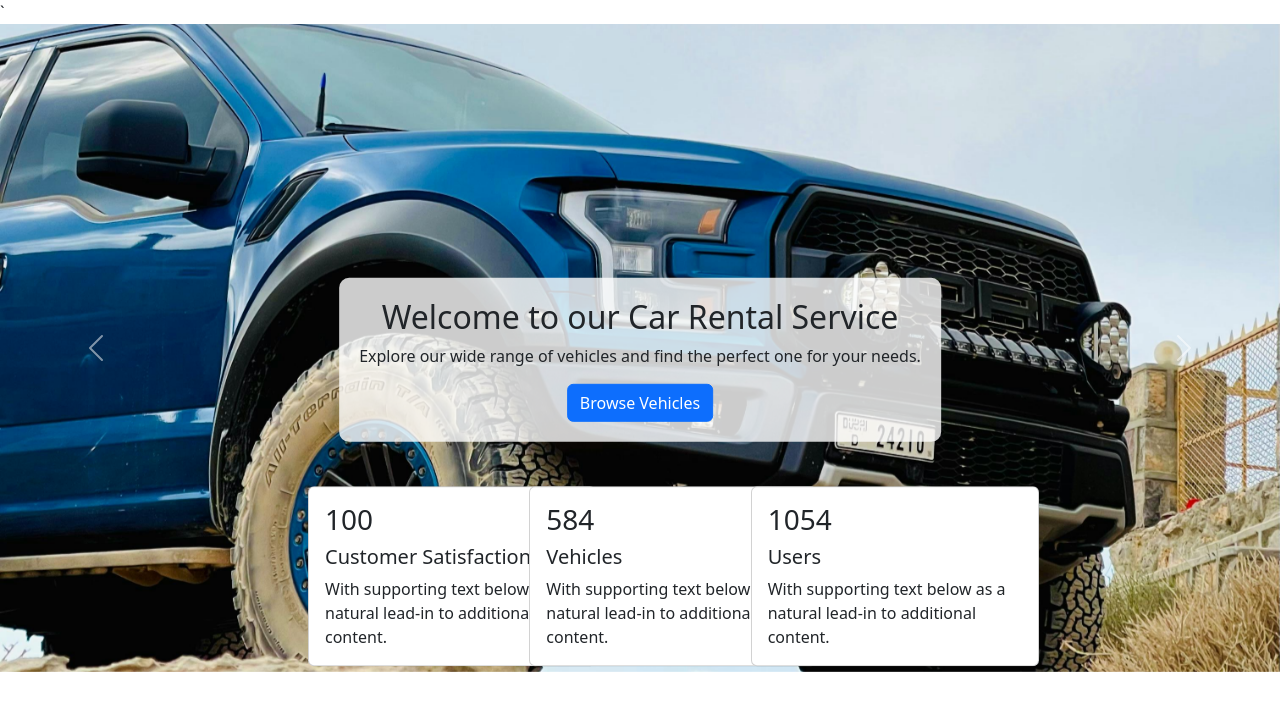
Repository: VimashaVishvani/VehicleRental
Page: http://localhost/Vehicle_rentalDb/
An editor plug-in stored every save of this project. The page is shown before and after the next save, followed by the edit.
The browser window is 1280 px wide. The pictures show the whole page.
The page is served by Tomcat 9. Other server files are loaded and not shown.

Above is the page before, as saved 2024-05-04 19:38:02.

### Vehicle_rentalDb/src/main/webapp/index.jsp
<%@ page language="java" contentType="text/html; charset=ISO-8859-1"
    pageEncoding="ISO-8859-1"%>
<!DOCTYPE html>
<html>
<head>
  <link href="https://cdn.jsdelivr.net/npm/bootstrap@5.3.3/dist/css/bootstrap.min.css" rel="stylesheet" integrity="sha384-QWTKZyjpPEjISv5WaRU9OFeRpok6YctnYmDr5pNlyT2bRjXh0JMhjY6hW+ALEwIH" crossorigin="anonymous">
` <script src="https://cdn.jsdelivr.net/npm/bootstrap@5.3.3/dist/js/bootstrap.bundle.min.js" integrity="sha384-YvpcrYf0tY3lHB60NNkmXc5s9fDVZLESaAA55NDzOxhy9GkcIdslK1eN7N6jIeHz" crossorigin="anonymous"></script>
<meta charset="ISO-8859-1">
<title>Insert title</title>


<style>
.courosalImages{
    height:90vh;
    object-fit:cover;
}
.overlay-content{
    position: absolute;
    top: 50%;
    left: 50%;
    transform: translate(-50%, -50%);
    z-index: 1000; /* Make sure this value is higher than the z-index of the carousel */
    background-color: rgba(255, 255, 255, 0.8); /* Add a background color with some transparency */
    padding: 20px;
    border-radius: 10px;
    text-align: center;
}
.carousel{
    z-index:1;
}
.row{
position: absolute;
    top: 80%;
    left: 50%;
    transform: translate(-50%, -50%);
    z-index: 1000;

}


</style>
</head>
<body  style="padding-top:0;">




<div id="carouselExample" class="carousel slide">
  <div class="carousel-inner">
    <div class="carousel-item active">
      <img src="images/landingPage/1.jpg" class="d-block w-100 courosalImages" alt="...">
    </div>
    <div class="carousel-item">
      <img src="images/landingPage/2.jpg" class="d-block w-100 courosalImages" alt="...">
    </div>
    <div class="carousel-item">
      <img src="images/landingPage/3.jpg" class="d-block w-100 courosalImages" alt="...">
    </div>
  </div>
  <button class="carousel-control-prev" type="button" data-bs-target="#carouselExample" data-bs-slide="prev">
    <span class="carousel-control-prev-icon" aria-hidden="true"></span>
    <span class="visually-hidden">Previous</span>
  </button>
  <button class="carousel-control-next" type="button" data-bs-target="#carouselExample" data-bs-slide="next">
    <span class="carousel-control-next-icon" aria-hidden="true"></span>
    <span class="visually-hidden">Next</span>
  </button>
</div>

<div class="overlay-content">
    <h2>Welcome to our Car Rental Service</h2>
    <p>Explore our wide range of vehicles and find the perfect one for your needs.</p>
    <a href="#" class="btn btn-primary">Browse Vehicles</a>
</div>

<div class="row">
	<div class="col-4">
	<div class="card" style="width: 18rem;">
  <div class="card-body">
  <h3>100</h3>
    <h5 class="card-title">Customer Satisfaction</h5>
    <p class="card-text">With supporting text below as a natural lead-in to additional content.</p>

  </div>
</div>
	</div>
	<div class="col-4">
	<div class="card" style="width: 18rem;">
  <div class="card-body">
  	<h3>584</h3>
    <h5 class="card-title">Vehicles</h5>
    <p class="card-text">With supporting text below as a natural lead-in to additional content.</p>

  </div>
</div>
	</div>
	<div class="col-4">
	<div class="card" style="width: 18rem;">
  <div class="card-body">
  <h3>1054</h3>
    <h5 class="card-title">Users</h5>
    <p class="card-text">With supporting text below as a natural lead-in to additional content.</p>

  </div>
</div>
	</div>

</div>




<script>
    // Function to animate number counting
    function animateValue(element, start, end, duration) {
        let range = end - start;
        let current = start;
        let increment = end > start ? 1 : -1;
        let stepTime = Math.abs(Math.floor(duration / range));
        let timer = setInterval(function () {
            current += increment;
            element.textContent = current;
            if (current == end) {
                clearInterval(timer);
            }
        }, stepTime);
    }

    // Get all h3 elements inside the cards
    let h3Elements = document.querySelectorAll('.card h3');

    // Loop through each h3 element and animate its value
    h3Elements.forEach(function (h3) {
        let startValue = 0; // Start value for counting animation
        let endValue = parseInt(h3.textContent); // Get the end value from the text content of the h3 element
        let duration = 3000; // Duration of the animation in milliseconds
        animateValue(h3, startValue, endValue, duration);
    });
</script>

</body>
</html>

After the next save:
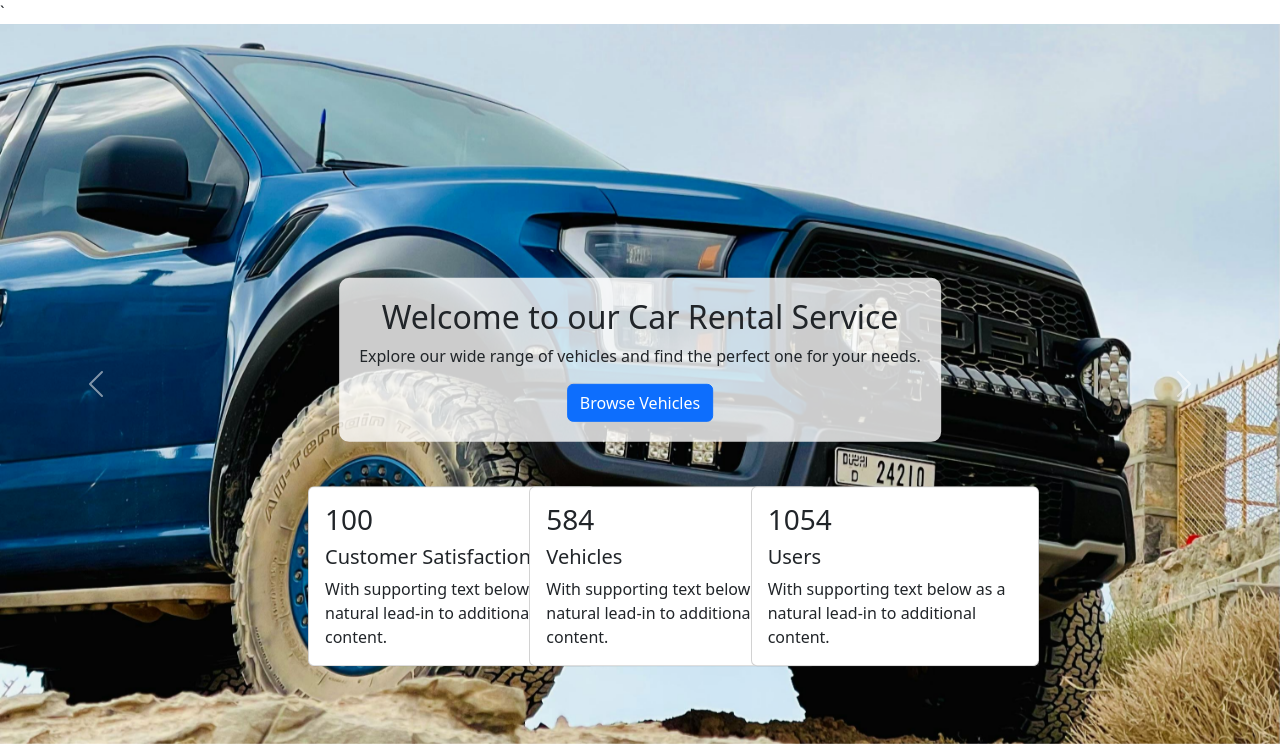
Saved 22 s later.
--- a/Vehicle_rentalDb/src/main/webapp/index.jsp
+++ b/Vehicle_rentalDb/src/main/webapp/index.jsp
@@ -11,7 +11,7 @@
 
 <style>
 .courosalImages{
-    height:90vh;
+    height:100vh;
     object-fit:cover;
 }
 .overlay-content{
